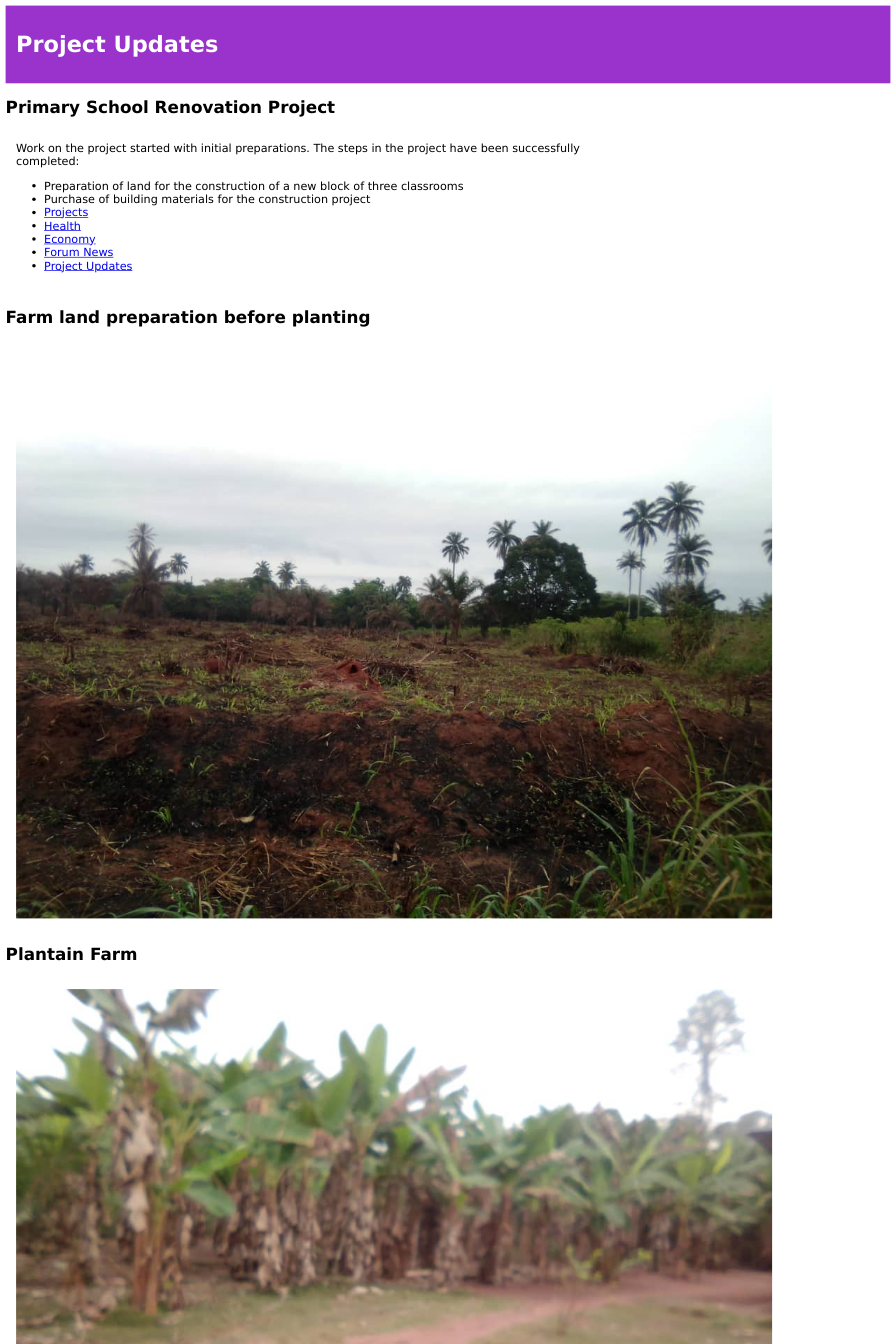
Repository: OtasowieRotimiOsifo/oheze-naka-forum
Page: projects_update_info.html
The author's editor kept a copy of each file at every save. The page is drawn from the files as they stood at one save, then again after the next save.
The browser window is 1280 px wide. The pictures show the part of the page from y = 0 to 1920 px (the page is 7714 px tall before and 7638 px after), at 70% of full size.

Above is the page before, as saved 2021-07-23 23:26:22.

After the next save:
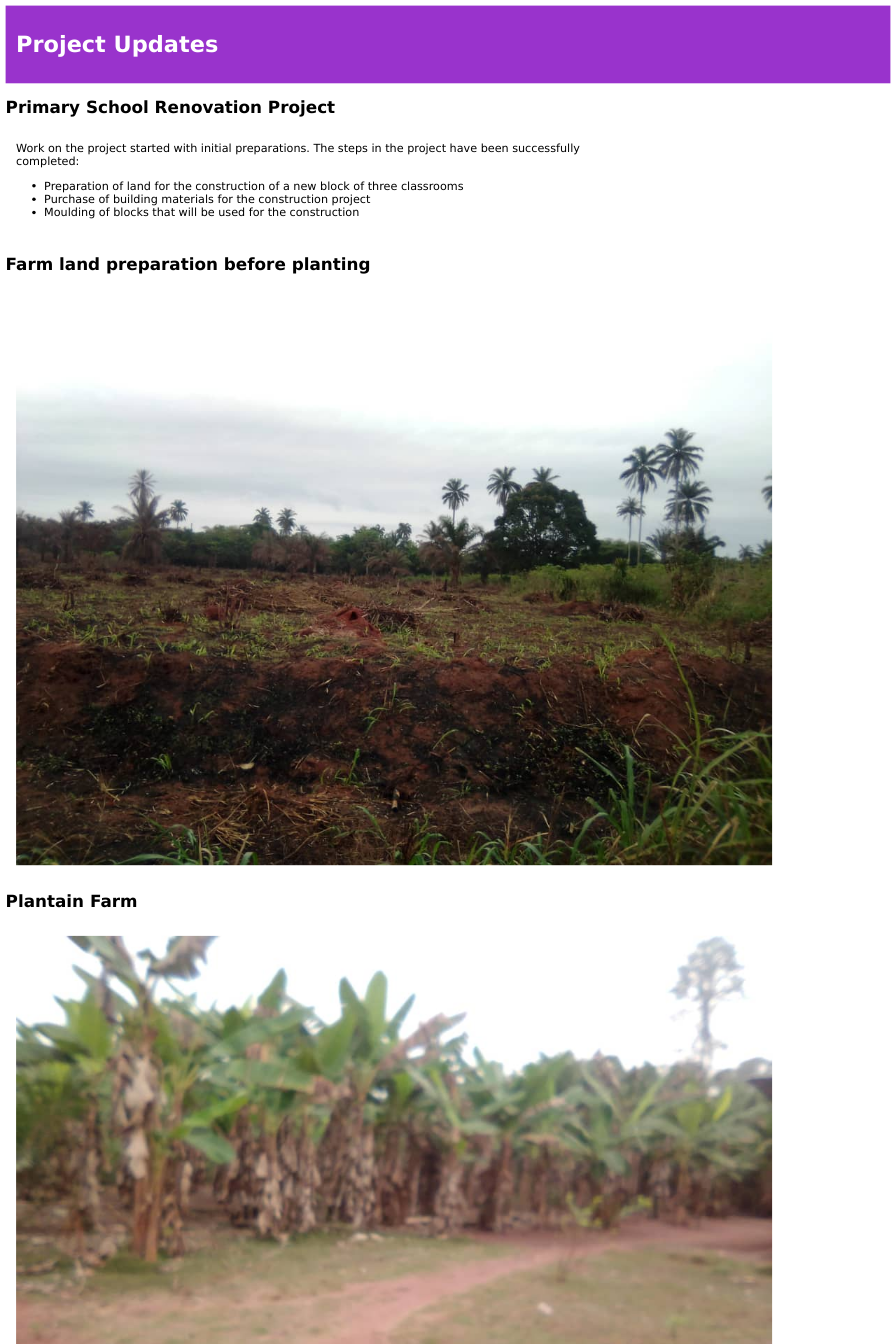
Saved 91 s later.
--- a/projects_update_info.html
+++ b/projects_update_info.html
@@ -114,11 +114,7 @@ html {
       <ul>
         <li>Preparation of land for the construction of a new block of three classrooms</li>
         <li>Purchase of building materials for the construction project</li>
-        <li><a href="projects.html">Projects</a></li>
-        <li><a href="maternity.html">Health</a></li>
-        <li><a href="economy.html">Economy</a></li>
-        <li><a href="activities.html">Forum News</a></li>
-        <li><a href="projects_update_info.html">Project Updates</a></li>
+        <li>Moulding of blocks that will be used for the construction</li>
       </ul>
     </div>
   </div>
